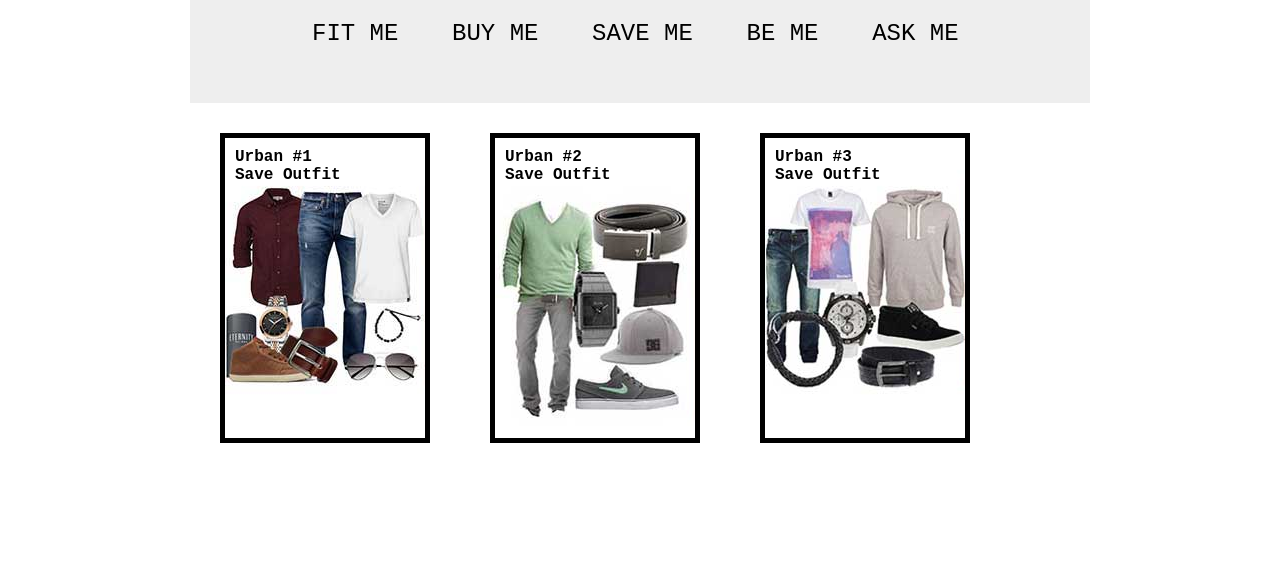
Repository: kesquili/kesquili.github.io
Page: fitin/buyme_urban.html
The author's editor kept a record of every edit. The page is drawn from the files as they stood at one moment, then again after the next edit.
The browser window is 1280 px wide. The pictures show the whole page.
After loading, the first visible `#urban1` was clicked once.

Above is the page before.
Console error: ReferenceError: $ is not defined

After the next edit:
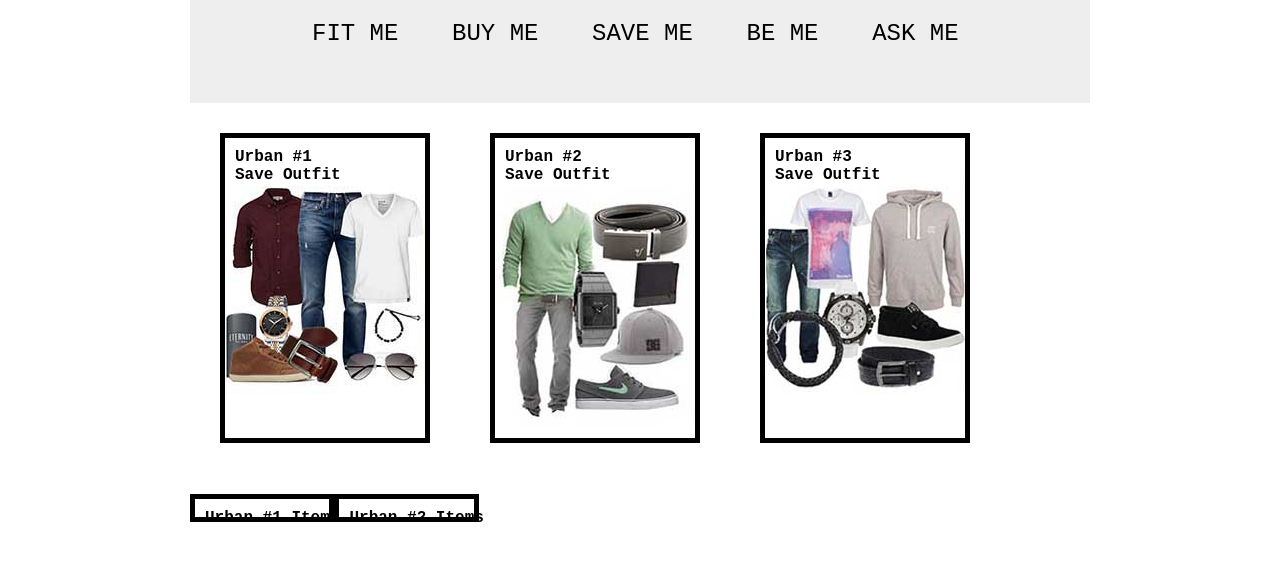
The edit:
--- a/fitin/script.js
+++ b/fitin/script.js
@@ -12,7 +12,7 @@
 });
 
 $("#urban1").click(function(){
-        $("#urbanbd2").toggle();
+        $("#urbanbd1").toggle();
 });
 
 $("#urban1").click(function(){
